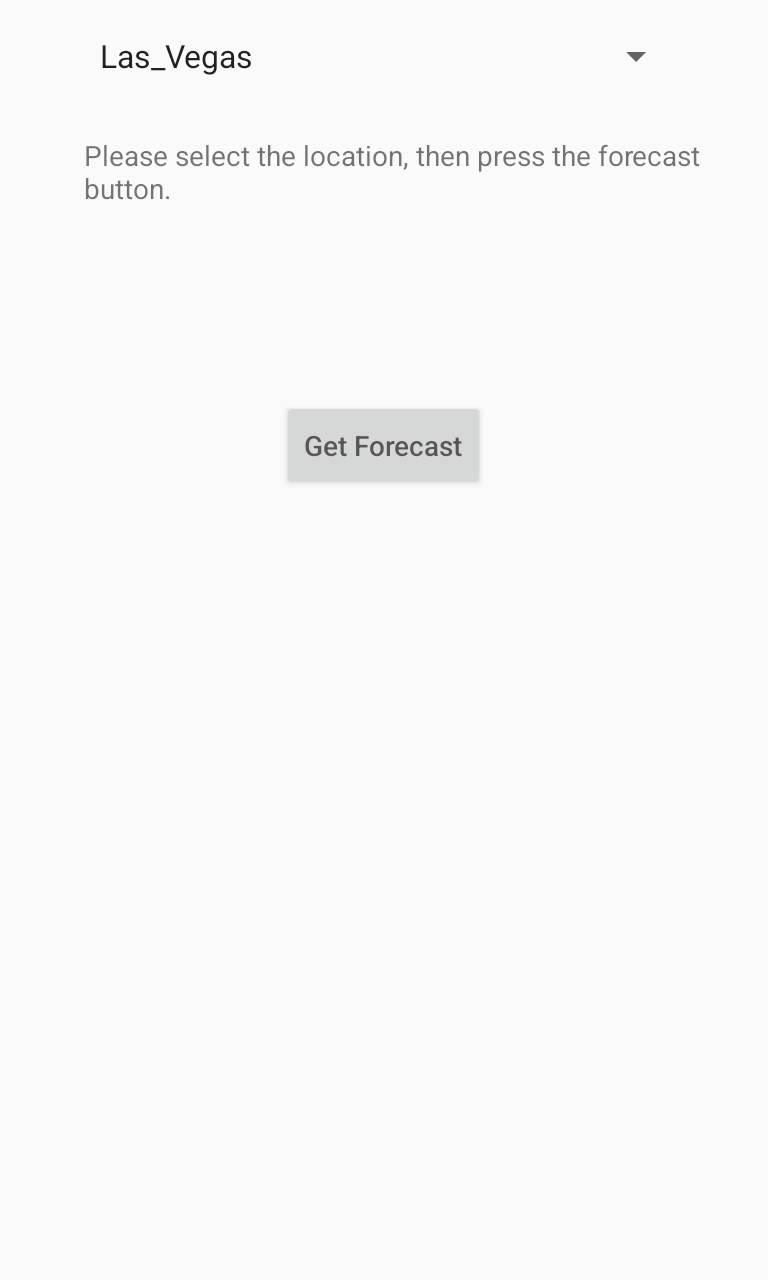
Repository: g80349/Java1
Layout: Week2/Weather/res/layout/activity_main.xml
An editor plug-in stored every save of this project. The layout is shown before and after the next save, followed by the edit.
It is drawn on a 768 x 1280 px phone screen (xhdpi) without system bars, with theme AppTheme; the app's code is not run. Lists and similar views that code fills are empty.

Above is the layout before, as saved 2014-04-09 23:21:23.

### Week2/Weather/res/layout/activity_main.xml
<RelativeLayout xmlns:android="http://schemas.android.com/apk/res/android"
    xmlns:tools="http://schemas.android.com/tools"
    android:layout_width="match_parent"
    android:layout_height="match_parent"
    android:paddingBottom="@dimen/activity_vertical_margin"
    android:paddingLeft="@dimen/activity_horizontal_margin"
    android:paddingRight="@dimen/activity_horizontal_margin"
    android:paddingTop="@dimen/activity_vertical_margin"
    tools:context="com.example.weather.MainActivity$PlaceholderFragment" >

    <Spinner
        android:id="@+id/location"
        android:layout_width="300dp"
        android:layout_height="wrap_content"
        android:layout_alignParentTop="true"
        android:layout_centerHorizontal="true"
        android:entries = "@array/location_array" />

    <TextView
        android:id="@+id/forecast"
        android:layout_width="wrap_content"
        android:layout_height="wrap_content"
        android:layout_alignLeft="@+id/location"
        android:layout_below="@+id/location"
        android:layout_marginTop="28dp"
        android:text="@string/forecast_text" />

    <Button
        android:id="@+id/enter"
        android:layout_width="wrap_content"
        android:layout_height="wrap_content"
        android:layout_below="@+id/forecast"
        android:layout_centerHorizontal="true"
        android:layout_marginTop="95dp"
        android:hint="@string/enter_button"
        android:onClick="onClick" />

</RelativeLayout>

### Week2/Weather/res/values/strings.xml
<?xml version="1.0" encoding="utf-8"?>
<resources>

    <string name="app_name">Weather</string>
    <string name="forecast_text">Please select the location, then press the forecast button.</string>
    <string name="action_settings">Settings</string>
    <string-array name = "location_array">
        <item>Las_Vegas</item>
        <item>Henderson</item>
        <item>North_Las_Vegas</item>
        <item>Stateline</item>
    </string-array>
    <string name="enter_button">Get Forecast</string>

</resources>

Loaded but not shown: Week2/Weather/res/values/styles.xml (common file); Week2/Weather/res/values-v11/styles.xml (common file); Week2/Weather/res/values-v14/styles.xml (common file); Week2/Weather/res/values/dimens.xml (common file); Week2/Weather/res/values-w820dp/dimens.xml (common file)

After the next save:
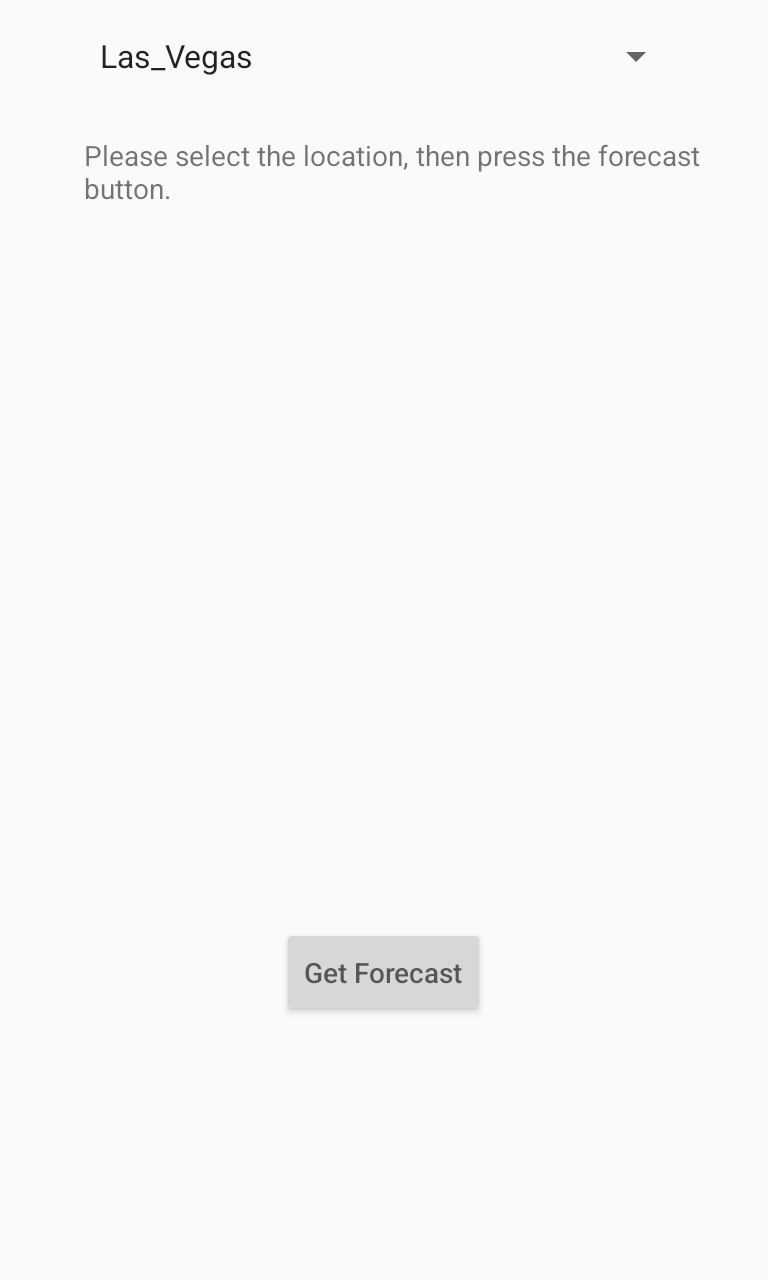
Saved 26 min 52 s later.
--- a/Week2/Weather/res/layout/activity_main.xml
+++ b/Week2/Weather/res/layout/activity_main.xml
@@ -29,10 +29,19 @@
         android:id="@+id/enter"
         android:layout_width="wrap_content"
         android:layout_height="wrap_content"
-        android:layout_below="@+id/forecast"
+        android:layout_alignParentBottom="true"
         android:layout_centerHorizontal="true"
-        android:layout_marginTop="95dp"
+        android:layout_marginBottom="114dp"
         android:hint="@string/enter_button"
         android:onClick="onClick" />
 
+    <GridView
+        android:id="@+id/gridView1"
+        android:layout_width="match_parent"
+        android:layout_height="wrap_content"
+        android:layout_alignLeft="@+id/forecast"
+        android:layout_below="@+id/forecast"
+        android:numColumns="3" >
+    </GridView>
+
 </RelativeLayout>
